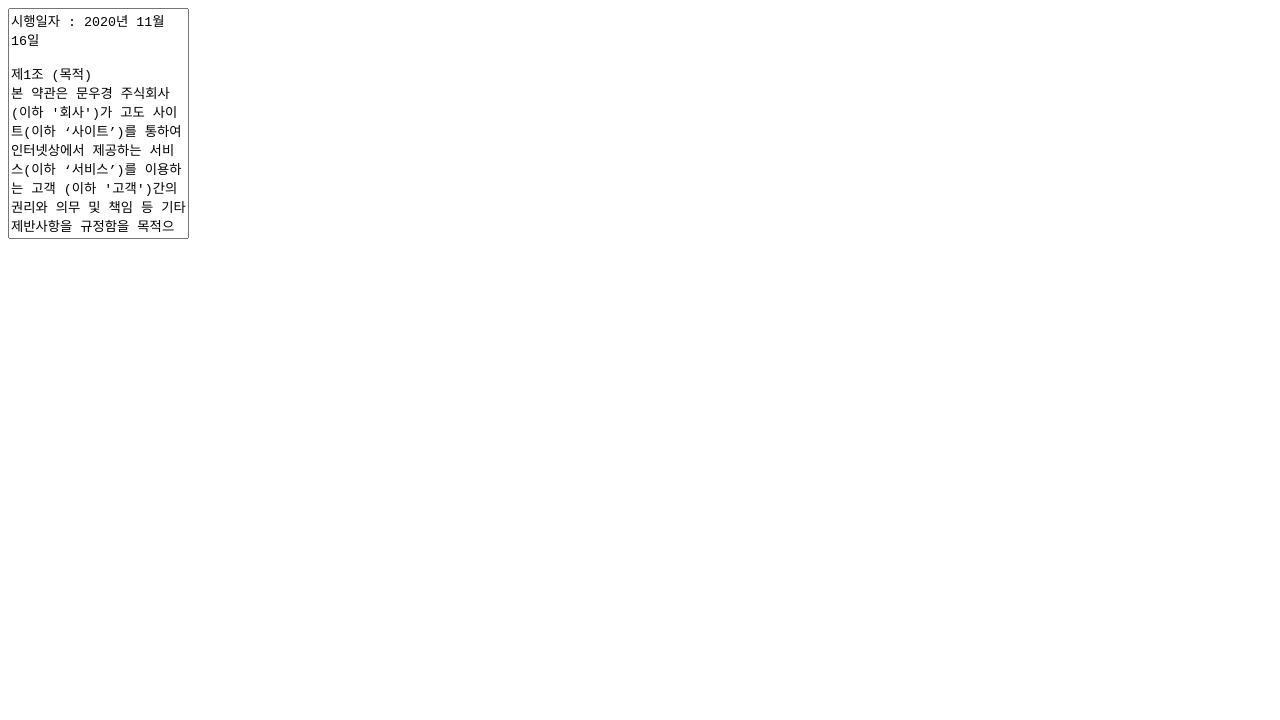
Repository: WKMoon/JavaScript-Project
Page: myFront/WebContent/agreement.html
The author's editor kept a copy of each file at every save. The page is drawn from the files as they stood at one save, then again after the next save.
The browser window is 1280 px wide. The pictures show the whole page.

Above is the page before, as saved 2021-02-25 06:59:54.

### myFront/WebContent/agreement.html
<!DOCTYPE html>
<html>
<head>
<meta charset="UTF-8">
<title>가입 약관</title>
</head>
<body>
<textarea name="term" id="term" rows="15" style="resize:none;  height:100%;" readonly>시행일자 : 2020년 11월 16일

제1조 (목적)
본 약관은 문우경 주식회사(이하 '회사')가 고도 사이트(이하 ‘사이트’)를 통하여 인터넷상에서 제공하는 서비스(이하 ‘서비스’)를 이용하는 고객 (이하 '고객')간의 권리와 의무 및 책임 등 기타 제반사항을 규정함을 목적으로 합니다.

제2조 (용어의 정의)
이 약관에서 사용하는 용어의 정의는 다음과 같습니다.
가. '회원'이라 함은 이 약관에 동의하고 회원가입을 통하여 이용자ID(고유번호)와 비밀번호를 발급받은 자로서, 회사가 제공하는 서비스를 이용할 수 있는 이용자를 말합니다.
나. '이용자ID'라 함은 회원의 식별 및 서비스 이용을 위하여 회원의 신청에 따라 회사가 회원 별로 부여하는 고유한 문자와 숫자의 조합을 말합니다.
다. '비밀번호'라 함은 이용자ID로 식별되는 회원의 본인 여부를 검증하기 위하여 회원이 설정하여 회사에 등록한 고유의 문자와 숫자의 조합을 말합니다.
라. ‘로그인’이라 함은 이용자ID와 비밀번호를 통하여 서비스 신청 및 사용 중 서비스의 세부정보를 확인할 수 있는 행위를 말합니다.
마. '탈퇴'라 함은 회원이 서비스 이용을 해지하는 것을 말합니다.
바. ‘휴면ID’ 라 함은 회사에서 정한 일정 기간 동안 사이트 접속 및 미 로그인 시 고객의 정보 악용방지를 위하여 보호되는 계정입니다.
이 약관에서 사용하는 용어 중 제1항에서 정하지 아니한 것은 관계 법령 및 서비스 별 안내에서 정하는 바에 따르며, 그 외에는 일반 관례에 따릅니다.

제3조 (이용약관의 효력 및 개정)
1. 이 약관은 사이트를 통해 온라인으로 공시하고 회원의 동의로 효력을 발생합니다. 본 약관의 공시는 사이트에 게시하는 방법으로 합니다.
2. 회사는 합리적인 사유가 발생할 경우 관련 법령에 위배되지 않는 범위 내에서 약관을 개정할 수 있습니다. 개정된 약관은 사이트를 통해 공지하거나 기타의 방법으로 회원에게 공지함으로써 그 효력이 발생하며, 이용자의 권리 또는 의무에 관한 변경은 최소한 7일 전에 공지합니다.
3. 변경된 약관에 대한 정보를 알지 못해 발생하는 회원의 피해는 회사에서 책임지지 않습니다.
4. 회원은 변경된 약관에 동의하지 않을 경우 서비스 이용을 중단하고 회원 탈퇴를 요청할 수 있습니다. 단, 이의가 있음에도 불구하고 제 2항에서 정한 바에 따른 회사의 고지가 있은 후 30일 이내에 이용계약을 하지 않은 회원은 변경된 약관에 동의한 것으로 간주합니다.

제4조 (약관외 준칙)
회사는 필요한 경우 기타 유ㆍ무료 서비스 내의 운영원칙 또는 개별약관(이하 '서비스 별 약관'이라 합니다)를 정할 수 있으며, 본 약관과 서비스 별 약관의 내용이 상충되는 경우에는 서비스 별 약관의 내용을 우선하여 적용합니다.

제5조 (회원 가입)
1. 이 약관의 동의는 회원가입 당시 절차 상의 이용약관 및 개인정보처리방침에 동의한다는 의사표시와 함께 회사가 요청하는 정보를 제공하여 회원가입 신청을 완료함으로써 이루어집니다.
2. 회원으로 가입하여 서비스를 이용하고자 하는 이용자는 회사에서 요청하는 제반 정보(개인정보처리방침 제 1항 ‘수집하는 개인정보의 항목’)를 제공하여야 합니다.
3. 회원은 반드시 회원 본인의 정보를 제공하여야만 서비스를 이용할 수 있으며, 타인의 정보를 도용하거나 허위의 정보를 등록하는 등 본인의 정확한 정보를 등록하지 않은 회원은 서비스 이용과 관련하여 아무런 권리를 주장할 수 없으며, 관계 법령에 따라 처벌 받을 수 있습니다. 또한 제 3자에게 야기한 손해를 배상할 책임이 있으며, 회사는 허위의 정보를 기재한 회원의 서비스 이용 자격을 제한할 수 있습니다.

제6조 (개인정보의 보호 및 사용)
1. 회사는 관계 법령이 정하는 바에 따라 회원의 개인정보를 보호하기 위해 노력합니다. 개인정보의 보호 및 사용에 관해서는 관계 법령 및 회사의 개인정보처리방침에 정한 바에 의합니다. 단, 회원은 이용자ID 및 비밀번호 등이 타인에게 노출되지 않도록 철저히 관리해야 하며 회사는 회원의 귀책사유로 인해 노출된 정보에 대해서 책임을 지지 않습니다.
2. 회사는 고객이 제공하는 개인정보를 본 서비스 이외의 목적을 위하여 사용할 수 없습니다.
3. 회사는 고객이 제공한 개인정보를 고객의 사전 동의 없이 제 3자에게 제공할 수 없습니다. 단, 다음 각 호에 해당하는 경우에는 예외로 합니다.
가. 도메인이름 검색서비스를 제공하는 경우
나. 전기통신기본법 등 관계법령에 의하여 국가기관의 요청이나 범죄에 대한 수사상의 목적이 있거나 정보통신윤리위원회의 요청이 있는 경우
다. 통계작성, 홍보자료, 시장조사를 위하여 필요한 경우로서 특정 고객임을 식별할 수 없는 형태로 제공되는 경우

제7조 (회원에 대한 통지 및 정보제공)
1. 회사가 회원에 대하여 통지하는 경우 회원이 회사에 등록한 전자우편 주소나 휴대전화번호, 유선전화번호로 할 수 있습니다.
2. 회사는 불특정다수 회원에게 통지를 해야 할 경우 고도 공지게시판을 통해 7일 이상 게시함으로써 개별 통지에 갈음할 수 있습니다.
3. 회사는 회원에게 서비스 이용에 필요가 있다고 인정되는 각종 정보에 대해서 전자우편이나 서신, 우편, SMS, 전화 등의 방법으로 회원에게 제공할 수 있습니다.
4. 회사는 서비스 개선 및 회원 대상의 서비스 소개 등의 목적으로 회원의 동의 하에 관련 법령에 따라 추가적인 개인 정보를 수집할 수 있습니다.

제8조(서비스의 이용 시간 및 중단)
1. 서비스 이용은 회사의 업무상 또는 기술상 특별한 지장이 없는 한 연중무휴, 1일 24시간 운영을 원칙으로 합니다. 단, 회사는 시스템 정기점검, 증설 및 교체를 위해 회사가 정한 날이나 시간에 서비스를 일시 중단할 수 있으며, 예정되어 있는 작업으로 인한 서비스 일시 중단은 고도를 통해 사전에 사이트를 통하여 공지합니다.
2. 회사는 긴급한 시스템 점검, 증설 및 교체, 설비의 장애, 서비스 이용의 폭주, 국가비상사태, 정전 등 부득이한 사유가 발생한 경우 사전 예고 없이 일시적으로 서비스의 전부 또는 일부를 중단할 수 있습니다.
3. 회사는 서비스 개편 등 서비스 운영 상 필요한 경우 전부 또는 일부 서비스의 제공을 중단할 수 있으며 회원에게 사전 예고 또는 사후 통보 합니다.

제9조 (회사의 의무)
1. 회사는 본 약관이 정하는 바에 따라 지속적이고 안정적인 서비스를 제공하기 위해서 노력합니다.
2. 회사는 회원의 개인정보 보호를 위해 보안 시스템을 구축하며 개인정보 처리방침을 공시하고 준수합니다.
3. 회사는 공정하고 건전한 운영을 위해 최선을 다하고 지속적인 연구개발을 통하여 양질의 서비스를 제공함으로써 고객만족을 극대화하여 인터넷 사업 발전에 기여합니다.
4. 회사는 회원으로부터 제기되는 의견이나 불편사항이 정당하다고 객관적으로 인정될 경우에는 적절한 절차를 통해 즉시 처리하여야 합니다. 다만, 신속한 처리가 곤란한 경우는 회원에게 그 사유와 처리일정을 통보하여야 합니다.

제10조 (회원의 의무)
1. 회원은 회원가입 신청 또는 회원정보 변경 시 모든 사항을 사실에 근거하여 본인의 실제 정보로 작성하여야 하며, 허위 또는 타인의 정보를 등록할 경우 이와 관련된 모든 권리를 주장할 수 없습니다.
2. 회원은 본 약관에서 규정하는 사항과 기타 회사가 정한 제반 규정, 공지사항 등 회사가 공지하는 사항 및 관계 법령을 준수하여야 하며, 기타 회사의 업무에 방해가 되는 행위, 회사의 명예를 손상시키는 행위, 타인에게 피해를 주는 행위를 해서는 안됩니다.
3. 회원은 주소, 연락처, 전자우편 주소 등 회원의 이용정보가 변경된 경우에 해당 절차를 거쳐 이를 회사에 즉시 알려야 합니다.
4. 회원은 회원ID, 비밀번호 등이 타인에게 노출되지 않도록 철저한 관리 책임이 있습니다.
5. 회원은 회원ID, 비밀번호 등이 도난 당하거나 제 3자가 사용하고 있음을 인지한 경우에는 즉시 회사에 통보하고 회사의 안내가 있는 경우에는 그에 따라야 합니다.
6. 회사는 회원의 상기 제1항, 제 2항, 제 3항, 제 4항, 제 5항을 위반하여 회원에게 발생한 손해에 대하여 어떠한 책임도 부담하지 않습니다.

제11조 (회원 탈퇴 및 자격 상실)
1. 회원은 회사에 언제든지 회원 탈퇴를 요청할 수 있으며 회사는 요청을 받은 즉시 해당 회원의 회원 탈퇴를 위한 절차를 밟아 고도 개인정보처리방침에 따라 회원 등록을 말소합니다.
2. 회사의 모든 서비스에서 이용중인 서비스의 기간이 남아있는 회원이 탈퇴 요청하였을 경우 회원탈퇴로 인한 서비스의 중지 또는 피해는 회원탈퇴 이용자에게 있습니다.
3. 회원이 서비스 이용에 있어서 본 약관 제 10조 내용을 위반하거나, 다음 각 호의 사유에 해당하는 경우 회사는 직권으로 회원자격 상실 및 회원탈퇴의 조치를 할 수 있습니다.
가. 다른 사람의 명의를 사용하여 가입 신청한 경우
나. 신청 시 필수 작성 사항을 허위로 기재한 경우
다. 관계법령의 위반을 목적으로 신청하거나 그러한 행위를 하는 경우
라. 사회의 안녕질서 또는 미풍양속을 저해할 목적으로 신청하거나 그러한 행위를 하는 경우
마. 다른 사람의 회사 서비스 이용을 방해하거나 그 정보를 도용하는 등 전자거래질서를 위협하는 경우
바. 관계 법령 위배와 본 약관이 금지하는 행위를 하는 회원 경우
4. 회사가 직권으로 회원탈퇴 처리를 하고자 하는 경우에는 말소 전에 회원에게 소명의 기회를 부여합니다.

제12조 (휴면ID 관리)
1. 회사는 서비스 미 이용 및 1년 이상 사이트 로그인을 하지 않은 경우 해당 이용자ID 및 개인정보를 휴면ID로 별도 관리합니다.
2. 회사는 휴면ID 대상 회원에게 전환 30일 전에 고지의 의무를 다 해야 하며, 휴면ID를 이용하여 사이트 로그인 시도 시 회원가입 당시 요청한 제반 정보 확인 후 바로 이용자 ID로 전환이 이루어집니다.

제13조 (손해배상)
1. 회사는 서비스에서 무료로 제공하는 서비스의 이용과 관련하여 개인정보보호정책에서 정하는 내용에 해당하지 않는 사항에 대하여 어떠한 손해도 책임을 지지 않습니다.

제14조 (면책조항)
1. 회사는 천재지변, 전쟁, 기간통신사업자의 서비스 중지 및 기타 이에 준하는 불가항력으로 인하여 서비스를 제공할 수 없는 경우에는 서비스 제공에 대한 책임 지지 않습니다.
2. 회사는 서비스용 설비의 보수, 교체, 정기점검, 공사 등 부득이한 사유로 발생한 손해에 대한 책임이 면제됩니다.
3. 회사는 회원이 서비스에 게재한 정보, 자료, 사실의 정확성, 신뢰성 등 그 내용에 관하여는 어떠한 책임을 부담하지 아니하고, 회원은 자기의 책임아래 서비스를 이용하며, 서비스를 이용하여 게시 또는 전송한 자료 등에 관하여 손해가 발생하거나 자료의 취사선택, 기타 서비스 이용과 관련하여 어떠한 불이익이 발생하더라도 이에 대한 모든 책임은 회원에게 있습니다.
4. 회사가 제공하는 정보와 자료는 거래의 목적으로 이용될 수 없습니다. 따라서 본 서비스의 정보와 자료 등에 근거한 거래는 전적으로 회원자신의 책임과 판단아래 수행되는 것이며, 회사는 회원이 서비스의 이용과 관련하여 기대하는 이익에 관하여 책임을 부담하지 않습니다.
5. 회사는 회원이 서비스를 이용하여 기대하는 수익을 얻지 못하거나 상실한 것에 대하여 책임을 지지 않으며, 서비스를 이용하면서 얻은 자료로 인한 손해에 대하여 책임을 지지 않습니다.
6. 회사는 회원의 게시물을 등록 전에 사전심사 하거나 상시적으로 게시물의 내용을 확인 또는 검토하여야 할 의무가 없으며, 그 결과에 대한 책임을 지지 아니합니다.

제15조 (약관의 해석 및 관할법원)
1. 본 약관에 명시되지 않은 사항은 관계 법령과 상관례에 따릅니다.
2. 회사의 개별 유ㆍ무료 서비스 이용 회원의 경우 당해 서비스와 관련하여서는 회사가 별도로 정한 약관 및 정책에 따릅니다.
3. 회원과 회사 사이에 발생한 분쟁에 대해 소송이 제기되는 경우 관할 법원은 서울중앙지방법원으로 합니다.

제16조 (재판관할 및 준거법)
1. 이 약관에 명시되지 않은 사항은 전기통신사업법 등 대한민국의 관계법령과 상관습에 따릅니다.
2. 회사의 정액 서비스 회원 및 기타 유료 서비스 이용 회원의 경우 당해 서비스와 관련하여서는 회사가 별도로 정한 약관 및 정책에 따릅니다.
3. 이 약관 및 서비스의 이용과 관련된 분쟁에 관한 소송은 회사의 본사 소재지를 관할하는 법원에 제기합니다.


부칙 (시행일)
본 약관은 2020년 11월 16일부터 적용하고, 2016년 5월 2일부터 시행되던 종전의 약관은 본 약관으로 대체합니다.

												</textarea>
</body>
</html>

### myFront/WebContent/assets/js/util.js
(function($) {

	/**
	 * Generate an indented list of links from a nav. Meant for use with panel().
	 * @return {jQuery} jQuery object.
	 */
	$.fn.navList = function() {

		var	$this = $(this);
			$a = $this.find('a'),
			b = [];

		$a.each(function() {

			var	$this = $(this),
				indent = Math.max(0, $this.parents('li').length - 1),
				href = $this.attr('href'),
				target = $this.attr('target');

			b.push(
				'<a ' +
					'class="link depth-' + indent + '"' +
					( (typeof target !== 'undefined' && target != '') ? ' target="' + target + '"' : '') +
					( (typeof href !== 'undefined' && href != '') ? ' href="' + href + '"' : '') +
				'>' +
					'<span class="indent-' + indent + '"></span>' +
					$this.text() +
				'</a>'
			);

		});

		return b.join('');

	};

	/**
	 * Panel-ify an element.
	 * @param {object} userConfig User config.
	 * @return {jQuery} jQuery object.
	 */
	$.fn.panel = function(userConfig) {

		// No elements?
			if (this.length == 0)
				return $this;

		// Multiple elements?
			if (this.length > 1) {

				for (var i=0; i < this.length; i++)
					$(this[i]).panel(userConfig);

				return $this;

			}

		// Vars.
			var	$this = $(this),
				$body = $('body'),
				$window = $(window),
				id = $this.attr('id'),
				config;

		// Config.
			config = $.extend({

				// Delay.
					delay: 0,

				// Hide panel on link click.
					hideOnClick: false,

				// Hide panel on escape keypress.
					hideOnEscape: false,

				// Hide panel on swipe.
					hideOnSwipe: false,

				// Reset scroll position on hide.
					resetScroll: false,

				// Reset forms on hide.
					resetForms: false,

				// Side of viewport the panel will appear.
					side: null,

				// Target element for "class".
					target: $this,

				// Class to toggle.
					visibleClass: 'visible'

			}, userConfig);

			// Expand "target" if it's not a jQuery object already.
				if (typeof config.target != 'jQuery')
					config.target = $(config.target);

		// Panel.

			// Methods.
				$this._hide = function(event) {

					// Already hidden? Bail.
						if (!config.target.hasClass(config.visibleClass))
							return;

					// If an event was provided, cancel it.
						if (event) {

							event.preventDefault();
							event.stopPropagation();

						}

					// Hide.
						config.target.removeClass(config.visibleClass);

					// Post-hide stuff.
						window.setTimeout(function() {

							// Reset scroll position.
								if (config.resetScroll)
									$this.scrollTop(0);

							// Reset forms.
								if (config.resetForms)
									$this.find('form').each(function() {
										this.reset();
									});

						}, config.delay);

				};

			// Vendor fixes.
				$this
					.css('-ms-overflow-style', '-ms-autohiding-scrollbar')
					.css('-webkit-overflow-scrolling', 'touch');

			// Hide on click.
				if (config.hideOnClick) {

					$this.find('a')
						.css('-webkit-tap-highlight-color', 'rgba(0,0,0,0)');

					$this
						.on('click', 'a', function(event) {

							var $a = $(this),
								href = $a.attr('href'),
								target = $a.attr('target');

							if (!href || href == '#' || href == '' || href == '#' + id)
								return;

							// Cancel original event.
								event.preventDefault();
								event.stopPropagation();

							// Hide panel.
								$this._hide();

							// Redirect to href.
								window.setTimeout(function() {

									if (target == '_blank')
										window.open(href);
									else
										window.location.href = href;

								}, config.delay + 10);

						});

				}

			// Event: Touch stuff.
				$this.on('touchstart', function(event) {

					$this.touchPosX = event.originalEvent.touches[0].pageX;
					$this.touchPosY = event.originalEvent.touches[0].pageY;

				})

				$this.on('touchmove', function(event) {

					if ($this.touchPosX === null
					||	$this.touchPosY === null)
						return;

					var	diffX = $this.touchPosX - event.originalEvent.touches[0].pageX,
						diffY = $this.touchPosY - event.originalEvent.touches[0].pageY,
						th = $this.outerHeight(),
						ts = ($this.get(0).scrollHeight - $this.scrollTop());

					// Hide on swipe?
						if (config.hideOnSwipe) {

							var result = false,
								boundary = 20,
								delta = 50;

							switch (config.side) {

								case 'left':
									result = (diffY < boundary && diffY > (-1 * boundary)) && (diffX > delta);
									break;

								case 'right':
									result = (diffY < boundary && diffY > (-1 * boundary)) && (diffX < (-1 * delta));
									break;

								case 'top':
									result = (diffX < boundary && diffX > (-1 * boundary)) && (diffY > delta);
									break;

								case 'bottom':
									result = (diffX < boundary && diffX > (-1 * boundary)) && (diffY < (-1 * delta));
									break;

								default:
									break;

							}

							if (result) {

								$this.touchPosX = null;
								$this.touchPosY = null;
								$this._hide();

								return false;

							}

						}

					// Prevent vertical scrolling past the top or bottom.
						if (($this.scrollTop() < 0 && diffY < 0)
						|| (ts > (th - 2) && ts < (th + 2) && diffY > 0)) {

							event.preventDefault();
							event.stopPropagation();

						}

				});

			// Event: Prevent certain events inside the panel from bubbling.
				$this.on('click touchend touchstart touchmove', function(event) {
					event.stopPropagation();
				});

			// Event: Hide panel if a child anchor tag pointing to its ID is clicked.
				$this.on('click', 'a[href="#' + id + '"]', function(event) {

					event.preventDefault();
					event.stopPropagation();

					config.target.removeClass(config.visibleClass);

				});

		// Body.

			// Event: Hide panel on body click/tap.
				$body.on('click touchend', function(event) {
					$this._hide(event);
				});

			// Event: Toggle.
				$body.on('click', 'a[href="#' + id + '"]', function(event) {

					event.preventDefault();
					event.stopPropagation();

					config.target.toggleClass(config.visibleClass);

				});

		// Window.

			// Event: Hide on ESC.
				if (config.hideOnEscape)
					$window.on('keydown', function(event) {

						if (event.keyCode == 27)
							$this._hide(event);

					});

		return $this;

	};

	/**
	 * Apply "placeholder" attribute polyfill to one or more forms.
	 * @return {jQuery} jQuery object.
	 */
	$.fn.placeholder = function() {

		// Browser natively supports placeholders? Bail.
			if (typeof (document.createElement('input')).placeholder != 'undefined')
				return $(this);

		// No elements?
			if (this.length == 0)
				return $this;

		// Multiple elements?
			if (this.length > 1) {

				for (var i=0; i < this.length; i++)
					$(this[i]).placeholder();

				return $this;

			}

		// Vars.
			var $this = $(this);

		// Text, TextArea.
			$this.find('input[type=text],textarea')
				.each(function() {

					var i = $(this);

					if (i.val() == ''
					||  i.val() == i.attr('placeholder'))
						i
							.addClass('polyfill-placeholder')
							.val(i.attr('placeholder'));

				})
				.on('blur', function() {

					var i = $(this);

					if (i.attr('name').match(/-polyfill-field$/))
						return;

					if (i.val() == '')
						i
							.addClass('polyfill-placeholder')
							.val(i.attr('placeholder'));

				})
				.on('focus', function() {

					var i = $(this);

					if (i.attr('name').match(/-polyfill-field$/))
						return;

					if (i.val() == i.attr('placeholder'))
						i
							.removeClass('polyfill-placeholder')
							.val('');

				});

		// Password.
			$this.find('input[type=password]')
				.each(function() {

					var i = $(this);
					var x = $(
								$('<div>')
									.append(i.clone())
									.remove()
									.html()
									.replace(/type="password"/i, 'type="text"')
									.replace(/type=password/i, 'type=text')
					);

					if (i.attr('id') != '')
						x.attr('id', i.attr('id') + '-polyfill-field');

					if (i.attr('name') != '')
						x.attr('name', i.attr('name') + '-polyfill-field');

					x.addClass('polyfill-placeholder')
						.val(x.attr('placeholder')).insertAfter(i);

					if (i.val() == '')
						i.hide();
					else
						x.hide();

					i
						.on('blur', function(event) {

							event.preventDefault();

							var x = i.parent().find('input[name=' + i.attr('name') + '-polyfill-field]');

							if (i.val() == '') {

								i.hide();
								x.show();

							}

						});

					x
						.on('focus', function(event) {

							event.preventDefault();

							var i = x.parent().find('input[name=' + x.attr('name').replace('-polyfill-field', '') + ']');

							x.hide();

							i
								.show()
								.focus();

						})
						.on('keypress', function(event) {

							event.preventDefault();
							x.val('');

						});

				});

		// Events.
			$this
				.on('submit', function() {

					$this.find('input[type=text],input[type=password],textarea')
						.each(function(event) {

							var i = $(this);

							if (i.attr('name').match(/-polyfill-field$/))
								i.attr('name', '');

							if (i.val() == i.attr('placeholder')) {

								i.removeClass('polyfill-placeholder');
								i.val('');

							}

						});

				})
				.on('reset', function(event) {

					event.preventDefault();

					$this.find('select')
						.val($('option:first').val());

					$this.find('input,textarea')
						.each(function() {

							var i = $(this),
								x;

							i.removeClass('polyfill-placeholder');

							switch (this.type) {

								case 'submit':
								case 'reset':
									break;

								case 'password':
									i.val(i.attr('defaultValue'));

									x = i.parent().find('input[name=' + i.attr('name') + '-polyfill-field]');

									if (i.val() == '') {
										i.hide();
										x.show();
									}
									else {
										i.show();
										x.hide();
									}

									break;

								case 'checkbox':
								case 'radio':
									i.attr('checked', i.attr('defaultValue'));
									break;

								case 'text':
								case 'textarea':
									i.val(i.attr('defaultValue'));

									if (i.val() == '') {
										i.addClass('polyfill-placeholder');
										i.val(i.attr('placeholder'));
									}

									break;

								default:
									i.val(i.attr('defaultValue'));
									break;

							}
						});

				});

		return $this;

	};

	/**
	 * Moves elements to/from the first positions of their respective parents.
	 * @param {jQuery} $elements Elements (or selector) to move.
	 * @param {bool} condition If true, moves elements to the top. Otherwise, moves elements back to their original locations.
	 */
	$.prioritize = function($elements, condition) {

		var key = '__prioritize';

		// Expand $elements if it's not already a jQuery object.
			if (typeof $elements != 'jQuery')
				$elements = $($elements);

		// Step through elements.
			$elements.each(function() {

				var	$e = $(this), $p,
					$parent = $e.parent();

				// No parent? Bail.
					if ($parent.length == 0)
						return;

				// Not moved? Move it.
					if (!$e.data(key)) {

						// Condition is false? Bail.
							if (!condition)
								return;

						// Get placeholder (which will serve as our point of reference for when this element needs to move back).
							$p = $e.prev();

							// Couldn't find anything? Means this element's already at the top, so bail.
								if ($p.length == 0)
									return;

						// Move element to top of parent.
							$e.prependTo($parent);

						// Mark element as moved.
							$e.data(key, $p);

					}

				// Moved already?
					else {

						// Condition is true? Bail.
							if (condition)
								return;

						$p = $e.data(key);

						// Move element back to its original location (using our placeholder).
							$e.insertAfter($p);

						// Unmark element as moved.
							$e.removeData(key);

					}

			});

	};

})(jQuery);

### myFront/WebContent/assets/js/main.js
/*
	Hologram by Pixelarity
	pixelarity.com | hello@pixelarity.com
	License: pixelarity.com/license
*/

(function($) {

	var	$window = $(window),
		$body = $('body'),
		$header = $('#header');

	// Breakpoints.
		breakpoints({
			xlarge:   [ '1281px',  '1680px' ],
			large:    [ '981px',   '1280px' ],
			medium:   [ '737px',   '980px'  ],
			small:    [ '481px',   '736px'  ],
			xsmall:   [ null,      '480px'  ]
		});

	// Play initial animations on page load.
		$window.on('load', function() {
			window.setTimeout(function() {
				$body.removeClass('is-preload');
			}, 100);
		});

	// Scrolly.
		$('.scrolly').scrolly({
			offset: function() { return $header.outerHeight() }
		});

	// Menu.
		$('#menu')
			.append('<a href="#menu" class="close"></a>')
			.appendTo($body)
			.panel({
				delay: 500,
				hideOnClick: true,
				hideOnSwipe: true,
				resetScroll: true,
				resetForms: true,
				side: 'right'
			});

	// Header.
		$window.on('resize', function() { $window.trigger('scroll'); });

		$body.scrollex({
			top:		'25vh',
			mode:		'top',
			enter:		function() { $header.addClass('alt'); },
			leave:		function() { $header.removeClass('alt'); }
		});

})(jQuery);

Loaded but not shown: myFront/WebContent/assets/js/jquery.min.js (library); myFront/WebContent/assets/js/jquery.scrolly.min.js (common file); myFront/WebContent/assets/js/jquery.scrollex.min.js (common file); myFront/WebContent/assets/js/browser.min.js (common file); myFront/WebContent/assets/js/breakpoints.min.js (common file)

After the next save:
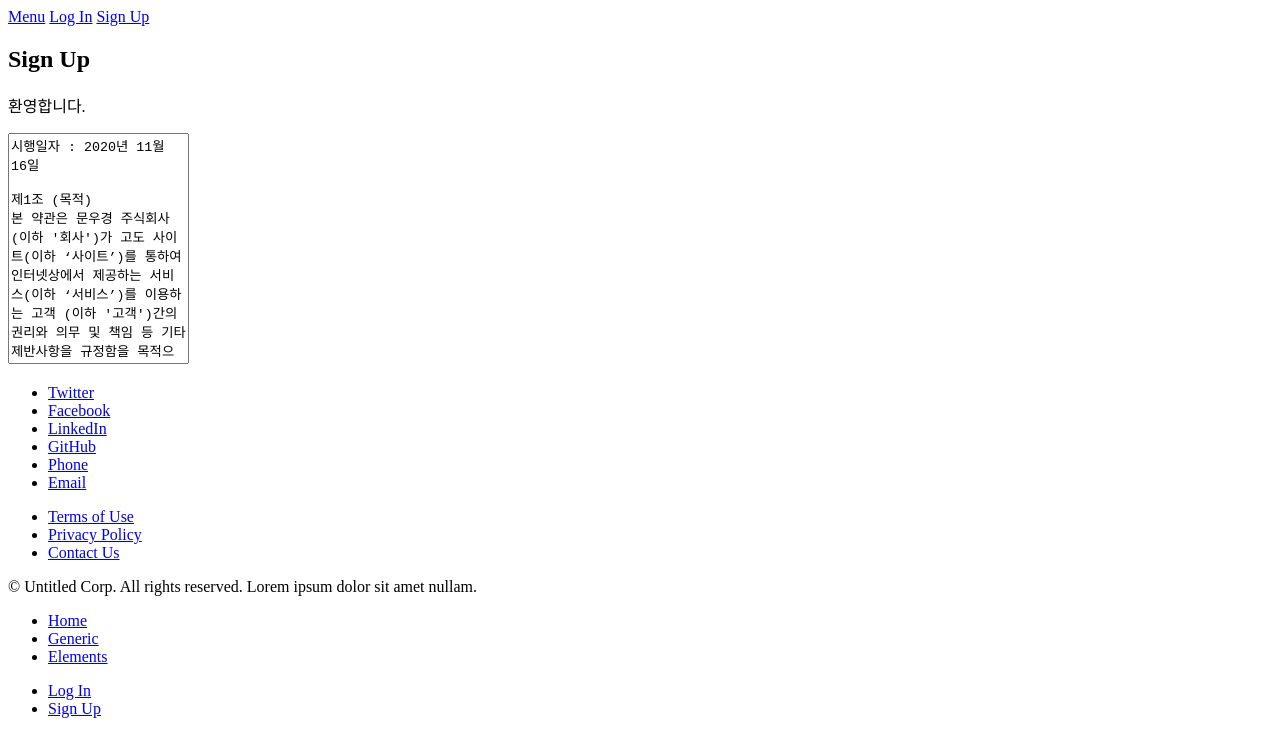
Saved 99 s later.
--- a/myFront/WebContent/agreement.html
+++ b/myFront/WebContent/agreement.html
@@ -4,8 +4,42 @@
 <meta charset="UTF-8">
 <title>가입 약관</title>
 </head>
-<body>
-<textarea name="term" id="term" rows="15" style="resize:none;  height:100%;" readonly>시행일자 : 2020년 11월 16일
+	<body class="is-preload">
+
+		<!-- Header -->
+			<header id="header">
+				<a href="#menu">Menu</a>
+				<a href="login.html">Log In</a>
+				<a href="signup.html" class="button">Sign Up</a>
+			</header>
+
+		<!-- Nav -->
+			<nav id="menu">
+				<ul class="links">
+					<li><a href="index.html">Home</a></li>
+					<li><a href="generic.html">Generic</a></li>
+					<li><a href="elements.html">Elements</a></li>
+				</ul>
+				<ul class="actions stacked">
+					<li><a href="login.html" class="button primary fit">Log In</a></li>
+					<li><a href="signup.html" class="button fit">Sign Up</a></li>
+				</ul>
+			</nav>
+
+
+		<!-- Main -->
+			<section id="main" class="wrapper style1">
+				<div class="inner">
+
+					<!-- Title -->
+						<header class="major special">
+							<h1>Sign Up</h1>
+							<p>환영합니다.</p>
+						</header>
+
+					<!-- Content -->
+						<div class="content">
+							<textarea name="term" id="term" rows="15" style="resize:none;  height:100%;" readonly>시행일자 : 2020년 11월 16일
 
 제1조 (목적)
 본 약관은 문우경 주식회사(이하 '회사')가 고도 사이트(이하 ‘사이트’)를 통하여 인터넷상에서 제공하는 서비스(이하 ‘서비스’)를 이용하는 고객 (이하 '고객')간의 권리와 의무 및 책임 등 기타 제반사항을 규정함을 목적으로 합니다.
@@ -109,5 +143,42 @@
 본 약관은 2020년 11월 16일부터 적용하고, 2016년 5월 2일부터 시행되던 종전의 약관은 본 약관으로 대체합니다.
 
 												</textarea>
-</body>
+						</div>
+
+				</div>
+			</section>
+
+		<!-- Footer -->
+			<footer id="footer">
+				<ul class="alt-icons">
+					<li><a href="#" class="icon brands fa-twitter"><span class="label">Twitter</span></a></li>
+					<li><a href="#" class="icon brands fa-facebook-f"><span class="label">Facebook</span></a></li>
+					<li><a href="#" class="icon brands fa-linkedin-in"><span class="label">LinkedIn</span></a></li>
+					<li><a href="#" class="icon brands fa-github"><span class="label">GitHub</span></a></li>
+					<li><a href="#" class="icon solid fa-phone"><span class="label">Phone</span></a></li>
+					<li><a href="#" class="icon solid fa-envelope"><span class="label">Email</span></a></li>
+				</ul>
+				<ul class="menu">
+					<li><a href="#">Terms of Use</a></li>
+					<li><a href="#">Privacy Policy</a></li>
+					<li><a href="#">Contact Us</a></li>
+				</ul>
+				<p class="copyright">
+					&copy; Untitled Corp. All rights reserved. Lorem ipsum dolor sit amet nullam.
+				</p>
+			</footer>
+
+		<!-- Scripts -->
+			<script src="assets/js/jquery.min.js"></script>
+			<script src="assets/js/jquery.scrolly.min.js"></script>
+			<script src="assets/js/jquery.scrollex.min.js"></script>
+			<script src="assets/js/browser.min.js"></script>
+			<script src="assets/js/breakpoints.min.js"></script>
+			<script src="assets/js/util.js"></script>
+			<script src="assets/js/main.js"></script>
+
+	</body>
+
+
+
 </html>
